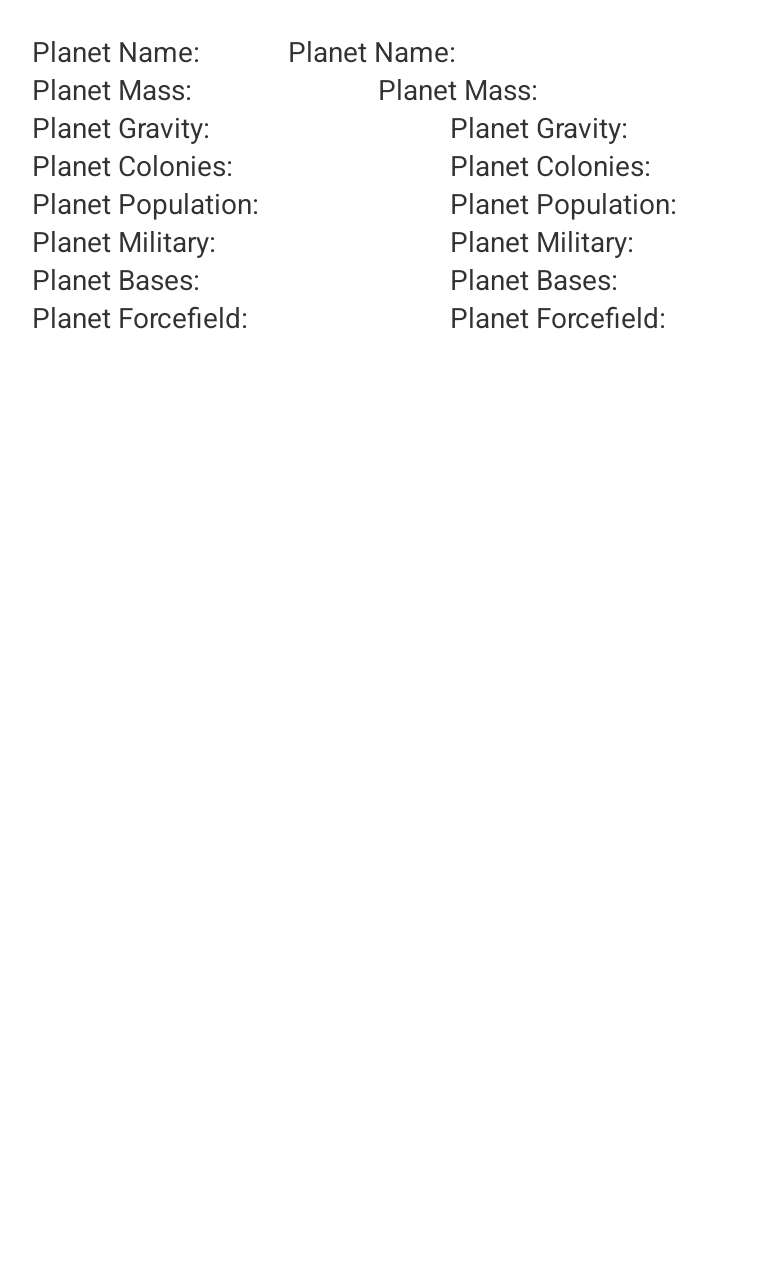
Repository: blender-head/android_basic
Layout: Hello_World/res/layout/activity_main.xml
An editor plug-in stored every save of this project. The layout is shown before and after the next save, followed by the edit.
It is drawn on a 768 x 1280 px phone screen (xhdpi) without system bars, with theme AppTheme; the app's code is not run. The app's manifest (not shown) leaves right-to-left support off. So textAlignment, textDirection and layoutDirection are ignored, and left and right values win over start and end ones.

Above is the layout before, as saved 2013-12-31 16:00:30.

### Hello_World/res/layout/activity_main.xml
<RelativeLayout xmlns:android="http://schemas.android.com/apk/res/android"
    xmlns:tools="http://schemas.android.com/tools"
    android:layout_width="match_parent"
    android:layout_height="match_parent"
    android:paddingBottom="@dimen/activity_vertical_margin"
    android:paddingLeft="@dimen/activity_horizontal_margin"
    android:paddingRight="@dimen/activity_horizontal_margin"
    android:paddingTop="@dimen/activity_vertical_margin"
    tools:context=".MainActivity" >

    <!-- Planet Name label -->
	<TextView
        android:id="@+id/textView1"
        android:layout_width="wrap_content"
        android:layout_height="wrap_content"
        android:text="@string/planet_name_label" />

	<!-- Planet Name data -->
	<TextView
        android:id="@+id/dataView1"
        android:layout_toRightOf="@+id/textView1"
        android:layout_marginLeft="44dip"
        android:layout_width="wrap_content"
        android:layout_height="wrap_content"
        android:text="@string/planet_name_label" />

	<!-- Planet Mass label -->
	<TextView
        android:id="@+id/textView2"
        android:layout_below="@+id/textView1"
        android:layout_width="wrap_content"
        android:layout_height="wrap_content"
        android:text="@string/planet_mass_label" />

	<!-- Planet Mass data -->
	<TextView
        android:id="@+id/dataView2"
        android:layout_toRightOf="@+id/textView2"
        android:layout_alignStart="@+id/dataView1"
        android:layout_below="@+id/dataView1"
        android:layout_width="wrap_content"
        android:layout_height="wrap_content"
        android:layout_marginLeft="45dip"
        android:text="@string/planet_mass_label" />

	<!-- Planet Gravity label -->
	<TextView
        android:id="@+id/textView3"
        android:layout_below="@+id/textView2"
        android:layout_width="wrap_content"
        android:layout_height="wrap_content"
        android:text="@string/planet_gravity_label" />

	<!-- Planet Gravity data -->
	<TextView
        android:id="@+id/dataView3"
        android:layout_toRightOf="@+id/textView3"
        android:layout_alignStart="@+id/dataView2"
        android:layout_below="@+id/dataView2"
        android:layout_width="wrap_content"
        android:layout_height="wrap_content"
        android:layout_marginLeft="36dip"
        android:text="@string/planet_gravity_label" />

	<!-- Planet Colonies label -->
	<TextView
        android:id="@+id/textView4"
        android:layout_below="@+id/textView3"
        android:layout_width="wrap_content"
        android:layout_height="wrap_content"
        android:text="@string/planet_colonies_label" />

	<!-- Planet Colonies data -->
	<TextView
        android:id="@+id/dataView4"
        android:layout_toRightOf="@+id/textView4"
        android:layout_alignStart="@+id/dataView3"
        android:layout_below="@+id/dataView3"
        android:layout_width="wrap_content"
        android:layout_height="wrap_content"
        android:text="@string/planet_colonies_label" />

	<!-- Planet Poulation label -->
	<TextView
        android:id="@+id/textView5"
        android:layout_below="@+id/textView4"
        android:layout_width="wrap_content"
        android:layout_height="wrap_content"
        android:text="@string/planet_population_label" />

	<!-- Planet Poulation data -->
	<TextView
        android:id="@+id/dataView5"
        android:layout_toRightOf="@+id/textView5"
        android:layout_alignStart="@+id/dataView4"
        android:layout_below="@+id/dataView4"
        android:layout_width="wrap_content"
        android:layout_height="wrap_content"
        android:text="@string/planet_population_label" />

	<!-- Planet Military label -->
	<TextView
        android:id="@+id/textView6"
        android:layout_below="@+id/textView5"
        android:layout_width="wrap_content"
        android:layout_height="wrap_content"
        android:text="@string/planet_military_label" />

	<!-- Planet Military data -->
	<TextView
        android:id="@+id/dataView6"
        android:layout_toRightOf="@+id/textView6"
        android:layout_alignStart="@+id/dataView5"
        android:layout_below="@+id/dataView5"
        android:layout_width="wrap_content"
        android:layout_height="wrap_content"
        android:text="@string/planet_military_label" />

	<!-- Planet Base label -->
	<TextView
        android:id="@+id/textView7"
        android:layout_below="@+id/textView6"
        android:layout_width="wrap_content"
        android:layout_height="wrap_content"
        android:text="@string/planet_bases_label" />

	<!-- Planet Base data -->
	<TextView
        android:id="@+id/dataView7"
        android:layout_toRightOf="@+id/textView7"
        android:layout_alignStart="@+id/dataView6"
        android:layout_below="@+id/dataView6"
        android:layout_width="wrap_content"
        android:layout_height="wrap_content"
        android:text="@string/planet_bases_label" />

	<!-- Planet Force Field label -->
	<TextView
        android:id="@+id/textView8"
        android:layout_below="@+id/textView7"
        android:layout_width="wrap_content"
        android:layout_height="wrap_content"
        android:text="@string/planet_forcefield_label" />

	<!-- Planet Force Field data -->
	<TextView
        android:id="@+id/dataView8"
        android:layout_toRightOf="@+id/textView8"
        android:layout_alignStart="@+id/dataView7"
        android:layout_below="@+id/dataView7"
        android:layout_width="wrap_content"
        android:layout_height="wrap_content"
        android:text="@string/planet_forcefield_label" />

</RelativeLayout>

### Hello_World/res/values/strings.xml
<?xml version="1.0" encoding="utf-8"?>
<resources>

    <string name="app_name">Hello_World</string>
    <string name="action_settings">Settings</string>
    <string name="hello_world">Hello world!</string>

    <string name="planet_name_label">Planet Name: </string>
	<string name="planet_mass_label">Planet Mass: </string>
	<string name="planet_gravity_label">Planet Gravity: </string>
	<string name="planet_colonies_label">Planet Colonies: </string>
	<string name="planet_population_label">Planet Population: </string>
	<string name="planet_military_label">Planet Military: </string>
	<string name="planet_bases_label">Planet Bases: </string>
	<string name="planet_forcefield_label">Planet Forcefield: </string>

</resources>

Loaded but not shown: Hello_World/res/values/styles.xml (common file); Hello_World/res/values-v11/styles.xml (common file); Hello_World/res/values-v14/styles.xml (common file); Hello_World/res/values/dimens.xml (common file)

After the next save:
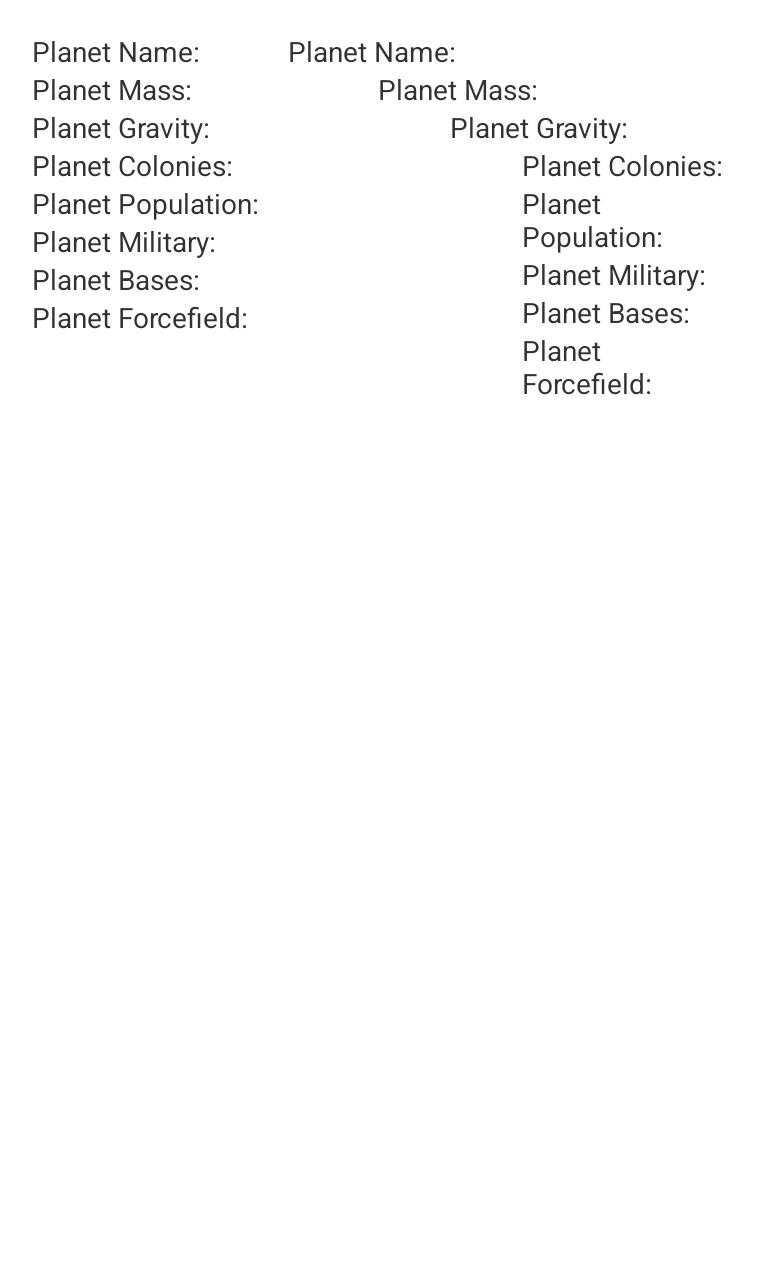
Saved 11 s later.
--- a/Hello_World/res/layout/activity_main.xml
+++ b/Hello_World/res/layout/activity_main.xml
@@ -78,6 +78,7 @@
         android:layout_below="@+id/dataView3"
         android:layout_width="wrap_content"
         android:layout_height="wrap_content"
+        android:layout_marginLeft="36dip"
         android:text="@string/planet_colonies_label" />
 
 	<!-- Planet Poulation label -->

After the save that followed:
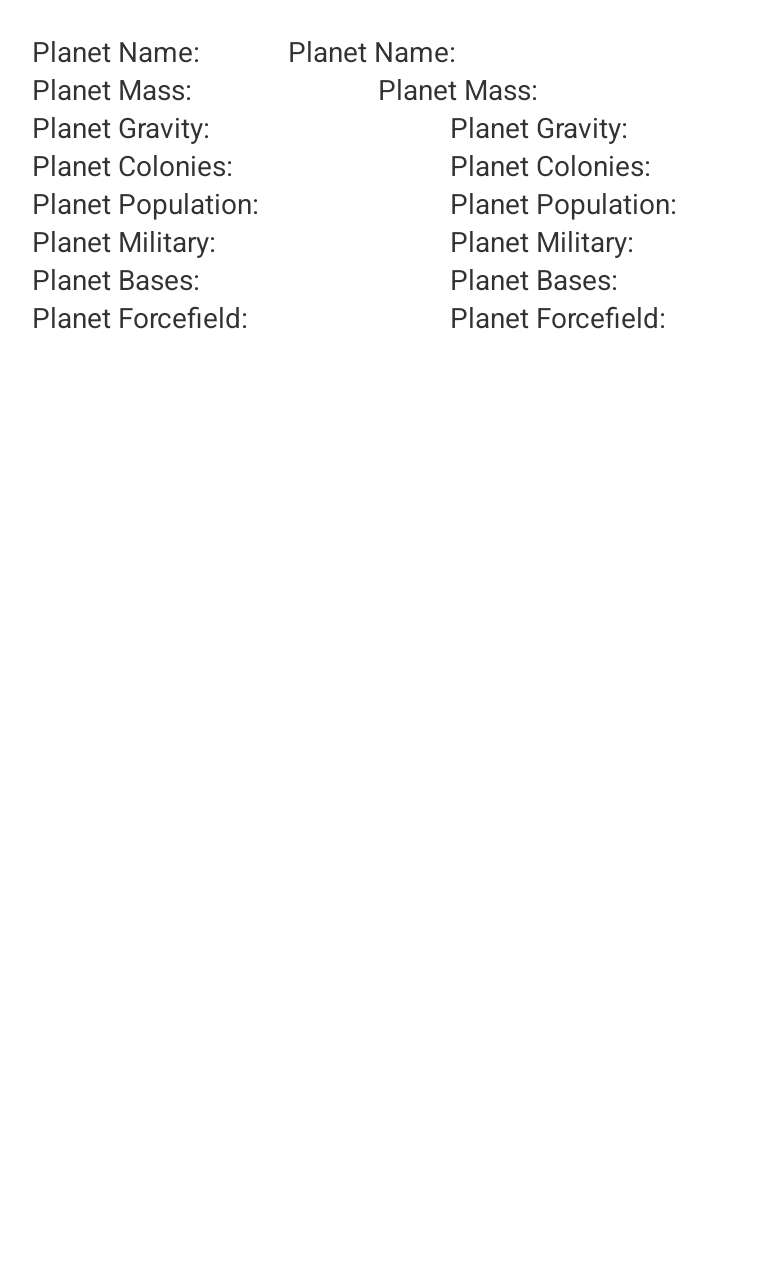
Saved 50 s later.
--- a/Hello_World/res/layout/activity_main.xml
+++ b/Hello_World/res/layout/activity_main.xml
@@ -78,7 +78,6 @@
         android:layout_below="@+id/dataView3"
         android:layout_width="wrap_content"
         android:layout_height="wrap_content"
-        android:layout_marginLeft="36dip"
         android:text="@string/planet_colonies_label" />
 
 	<!-- Planet Poulation label -->
